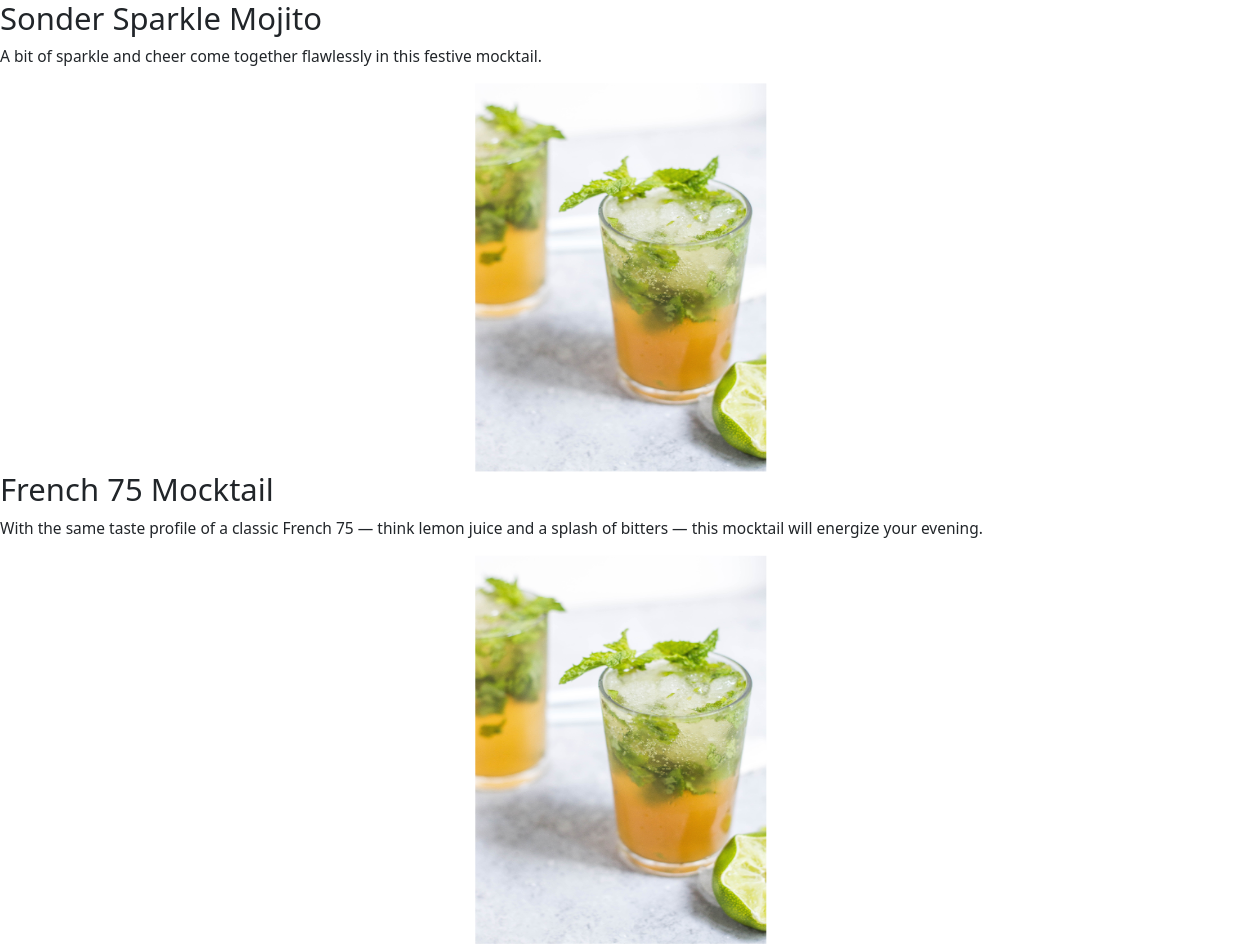
Repository: Flatbook/sliced_bread
Page: http://localhost/
The author's editor kept a copy of each file at every save. The page is drawn from the files as they stood at one save, then again after the next save.
The browser window is 1280 px wide. The pictures show the whole page, at 97% of full size.
Some web libraries are served in a nearby version. The page is served by the project's application, run on Flask 3 (app.py). Other server files are loaded and not shown.

Above is the page before, as saved 2021-05-15 23:19:22.

### flask_project/templates/home.html
{% extends "layout.html" %}
{% block content %}
    {% for drink in drinks %}
        <h2 class=".text-center">{{drink.title}}</h2>
        <p class =".text-center">{{drink.description}}</p>
        <img src="{{ user_image }}" width="300" height="400" class="mx-auto d-block"/>
    {% endfor %}
{% endblock %}

### flask_project/templates/layout.html
<!DOCTYPE html>
<html lang="en">
<head>
    <meta charset="UTF-8">
    <meta http-equiv="X-UA-Compatible" content="IE=edge">
    <meta name="viewport" content="width=device-width, initial-scale=1.0">
    <!-- <link rel = "stylesheet" href="{{ url_for('static', filename='css/main.css') }}"> -->
    <link href="https://cdn.jsdelivr.net/npm/bootstrap@5.0.1/dist/css/bootstrap.min.css" rel="stylesheet" integrity="sha384-+0n0xVW2eSR5OomGNYDnhzAbDsOXxcvSN1TPprVMTNDbiYZCxYbOOl7+AMvyTG2x" crossorigin="anonymous">
    <title>Greatest Beverage </title>
</head>
<body>
    {% block content %} {% endblock %}

 <!-- Optional JavaScript -->
    <!-- jQuery first, then Popper.js, then Bootstrap JS -->
    <script src="https://code.jquery.com/jquery-3.2.1.slim.min.js" integrity="sha384-KJ3o2DKtIkvYIK3UENzmM7KCkRr/rE9/Qpg6aAZGJwFDMVNA/GpGFF93hXpG5KkN" crossorigin="anonymous"></script>
    <script src="https://cdnjs.cloudflare.com/ajax/libs/popper.js/1.12.9/umd/popper.min.js" integrity="sha384-ApNbgh9B+Y1QKtv3Rn7W3mgPxhU9K/ScQsAP7hUibX39j7fakFPskvXusvfa0b4Q" crossorigin="anonymous"></script>
    <script src="https://maxcdn.bootstrapcdn.com/bootstrap/4.0.0/js/bootstrap.min.js" integrity="sha384-JZR6Spejh4U02d8jOt6vLEHfe/JQGiRRSQQxSfFWpi1MquVdAyjUar5+76PVCmYl" crossorigin="anonymous"></script>
</body>
</html>

### flask_project/app.py
from flask import Flask, render_template
from form import checkoutForm
import os
app = Flask(__name__)

imagesFolder = os.path.join('static','images')

app.config['SECRET_KEY'] = "my secret key"
app.config['UPLOAD_FOLDER'] =imagesFolder


drinks =[{
    'title' : 'Sonder Sparkle Mojito',
    'description': 'A bit of sparkle and cheer come together flawlessly in this festive mocktail.'

},
{
    'title': 'French 75 Mocktail',
    'description': 'With the same taste profile of a classic French 75 — think lemon juice and a splash of bitters — this mocktail will energize your evening.'
}
]

@app.route("/")
def hello_world():
    drink2 = os.path.join(app.config['UPLOAD_FOLDER'],'drink2.jpg')
    return render_template('home.html',drinks=drinks,user_image = drink2)

@app.route("/btform")
def btform():
    return render_template('btform.html')

@app.route("/checkout",methods =['GET','POST'])
def checkout():
    name = None
    lname = None
    form = checkoutForm()
    #  #validate form
    if form.validate_on_submit():
        return 'Dear {}, your order for {} drinks is placed Succesfully.'.format(form.name.data,form.lname.data)
    return render_template("checkout.html",
     name=name,form = form)




if __name__ == '__main__':
    app.run(debug=True)

After the next save:
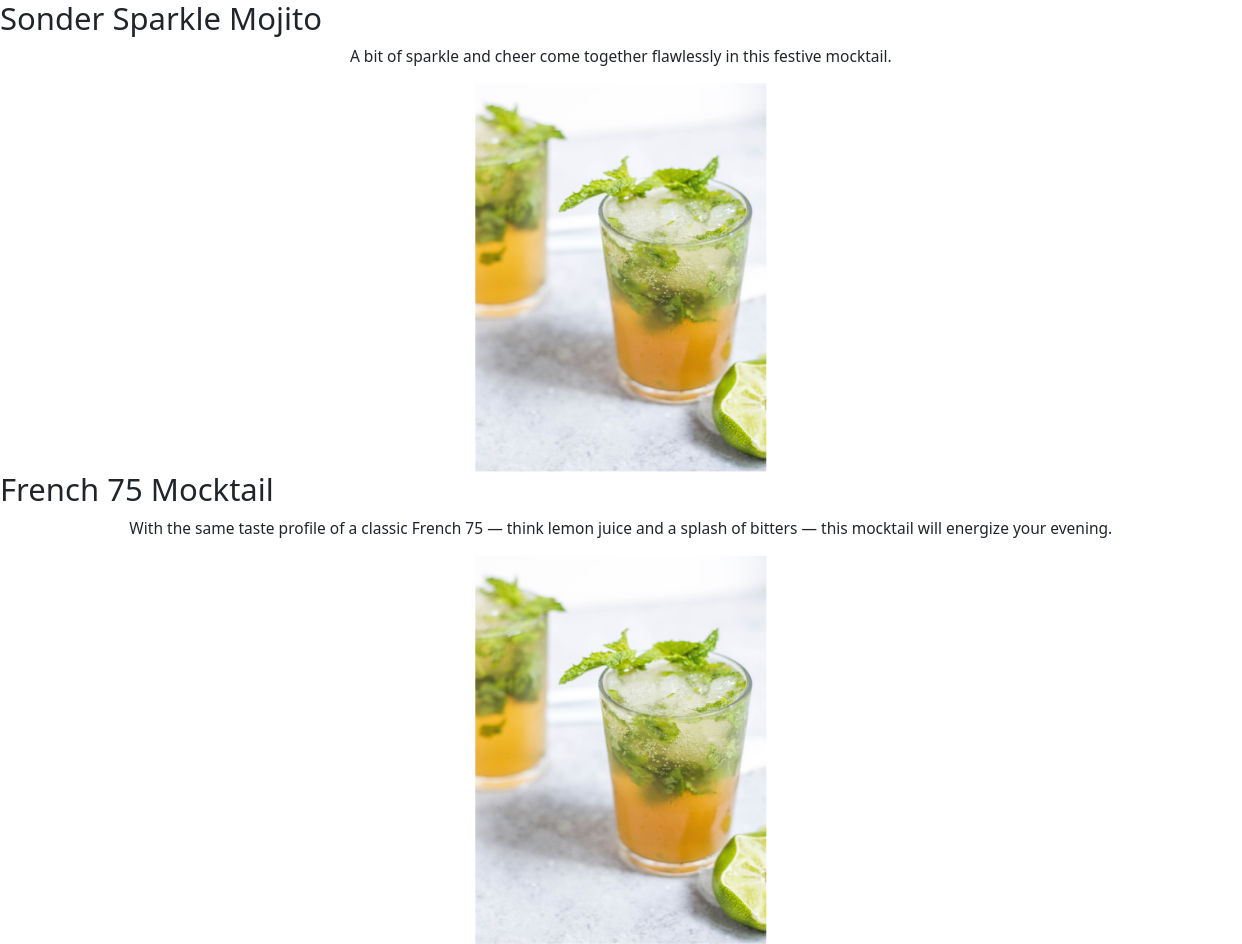
Saved 118 s later.
--- a/flask_project/templates/home.html
+++ b/flask_project/templates/home.html
@@ -2,7 +2,7 @@
 {% block content %}
     {% for drink in drinks %}
         <h2 class=".text-center">{{drink.title}}</h2>
-        <p class =".text-center">{{drink.description}}</p>
+        <p style="text-align: center">{{drink.description}}</p>
         <img src="{{ user_image }}" width="300" height="400" class="mx-auto d-block"/>
     {% endfor %}
 {% endblock %}
